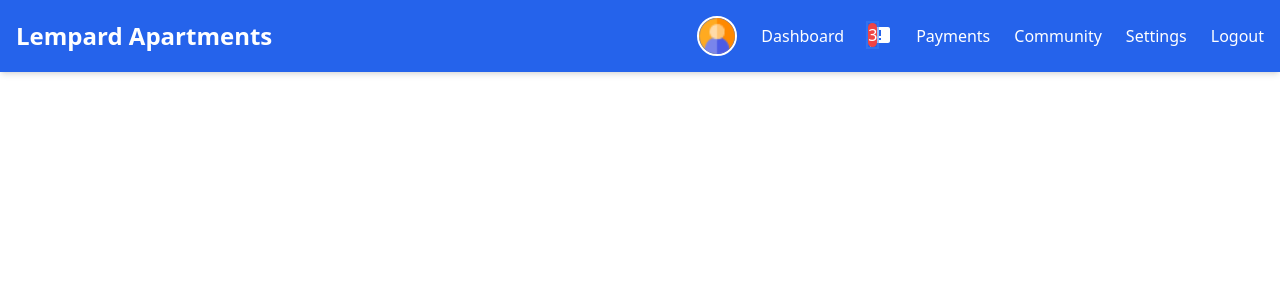
Repository: makanda596/system
Page: /home (app in client/)
These files come from the project's save history. The page is drawn as it stood at one moment and after the next save; the edit follows.
The browser window is 1280 px wide. The pictures show the whole page.
The project was rebuilt for these pictures with package versions that can differ from the ones it lists, and the page was loaded fresh each time. Also part of the build but not shown: client/src/SignUpForm.jsx, client/src/LoginForm.jsx. Imported but missing from the stored project, and not drawn on this page: client/src/reportWebVitals.

Above is the page before, as saved 2024-12-03 09:37:16.

### client/src/App.js
import React from 'react';
import { BrowserRouter as Router, Route, Routes } from 'react-router-dom';
import Home from './Home.jsx'
import SignUpForm from './SignUpForm.jsx'
import LoginForm from './LoginForm.jsx'
function App() {
  return (
    <div>
      <Router>
        <Routes>
          <Route path="/signup" element={<SignUpForm />} />
          <Route path='/' element={<LoginForm />} />
          <Route path='/home' element={<Home />} />
        </Routes>
      </Router>
    </div>
  );
}

export default App;

### client/src/Home.jsx
import React from 'react';
import Navbar from '../src/componets/Navbar'
function Home() {
    return (
        <div>
            <Navbar />
        </div>
    );
}

export default Home;

### client/src/componets/Navbar.jsx
import React, { useState } from 'react';
import { Link } from 'react-router-dom';
import avatar from '../assets/avatar.png'
import AnnouncementIcon from '@mui/icons-material/Announcement';
function Navbar() {
    const handleLogout = () => {
        // Logic for logging out (e.g., clearing session data, tokens, etc.)
        window.location.href = '/login'; // Redirect to the login page after logout
    };
    const [alert, setAlert] = useState(3)

    return (
        <nav className="bg-blue-600 shadow-md">
            <div className="max-w-7xl mx-auto px-4 py-4 flex justify-between items-center">
                {/* Logo or Apartment Name */}
                <h1 className="text-white text-2xl font-bold">Lempard Apartments</h1>

                {/* Navbar links */}
                <div className="flex space-x-6 items-center text-white">
                    {/* Profile Picture and Profile Link */}
                    <div className="relative">
                        <img
                            src={avatar} // Replace with actual profile picture URL
                            alt=""
                            className="w-10 h-10 rounded-full border-2 border-white"
                        />
                    </div>

                    {/* Dashboard Link */}
                    <Link to="/dashboard" className="hover:text-blue-300">Dashboard</Link>
                    <Link to="/alert" className="relative cursor-pointer">
                        <span className="absolute top-0 left-0 inline-block   ring-2 ">
                            {alert > 0 ? <p className='bg-red-500 rounded-full w-4.5 h-4.5'>{alert} </p> : <p className='bg-green-500 ring-green'>0</p>}
                        </span>
                        <AnnouncementIcon />
                    </Link>
                    {/* Payments Link */}
                    <Link to="/payments" className="hover:text-blue-300">Payments</Link>

                    {/* Community Link */}
                    <Link to="/community" className="hover:text-blue-300">Community</Link>

                    {/* Settings Link */}
                    <Link to="/settings" className="hover:text-blue-300">Settings</Link>




                    {/* Logout Button */}
                    <button onClick={handleLogout} className="hover:text-blue-300">Logout</button>
                </div>
            </div>
        </nav>
    );
}

export default Navbar;

Loaded but not shown: client/src/index.js (common file); client/src/index.css (common file); client/tailwind.config.js (common file)

After the next save:
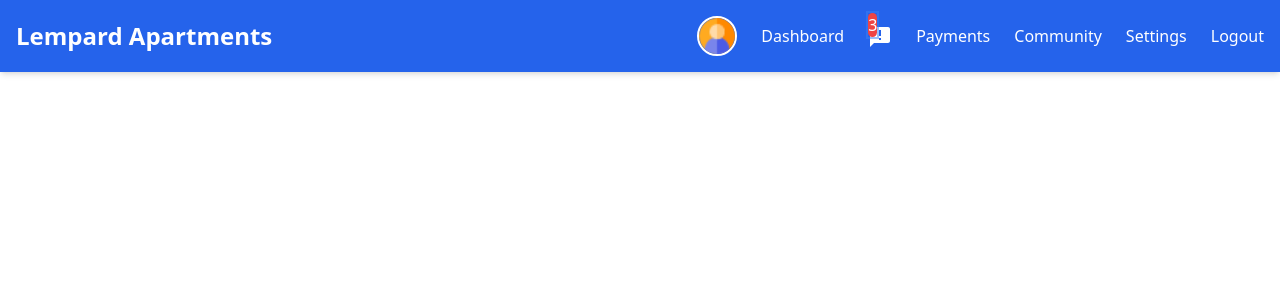
Saved 38 s later.
--- a/client/src/componets/Navbar.jsx
+++ b/client/src/componets/Navbar.jsx
@@ -29,7 +29,7 @@ function Navbar() {
                     {/* Dashboard Link */}
                     <Link to="/dashboard" className="hover:text-blue-300">Dashboard</Link>
                     <Link to="/alert" className="relative cursor-pointer">
-                        <span className="absolute top-0 left-0 inline-block   ring-2 ">
+                        <span className="absolute top-0 left-0 inline-block  top-[-10px] ring-2 ">
                             {alert > 0 ? <p className='bg-red-500 rounded-full w-4.5 h-4.5'>{alert} </p> : <p className='bg-green-500 ring-green'>0</p>}
                         </span>
                         <AnnouncementIcon />
